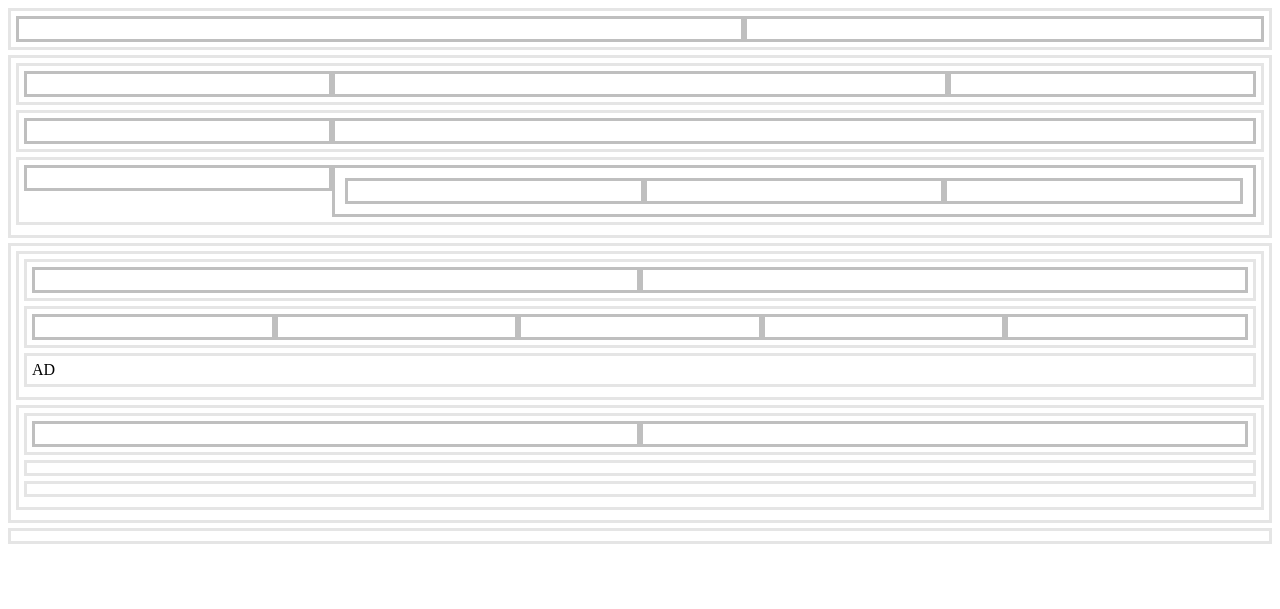
Repository: 0xbul1/biao-class-3
Page: practice/012-float-grid/index5.html
The author's editor kept a copy of each file at every save. The page is drawn from the files as they stood at one save, then again after the next save.
The browser window is 1280 px wide. The pictures show the whole page.

Above is the page before, as saved 2018-10-03 18:55:41.

After the next save:
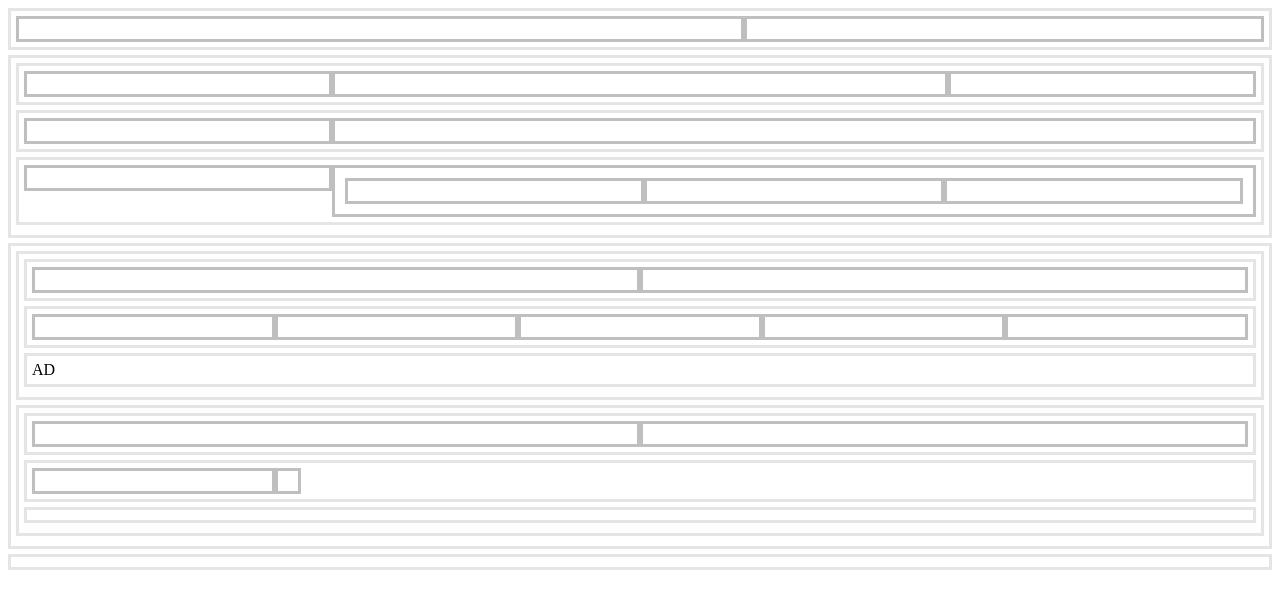
Saved 17 s later.
--- a/practice/012-float-grid/index5.html
+++ b/practice/012-float-grid/index5.html
@@ -120,7 +120,10 @@
             <div class="col-6"></div>
         </div>
         <div class="row mid">
+            <div class="col-2-5"></div>
+            <div class="col">
 
+            </div>
         </div>
         <div class="row bot"></div>
     </div>
